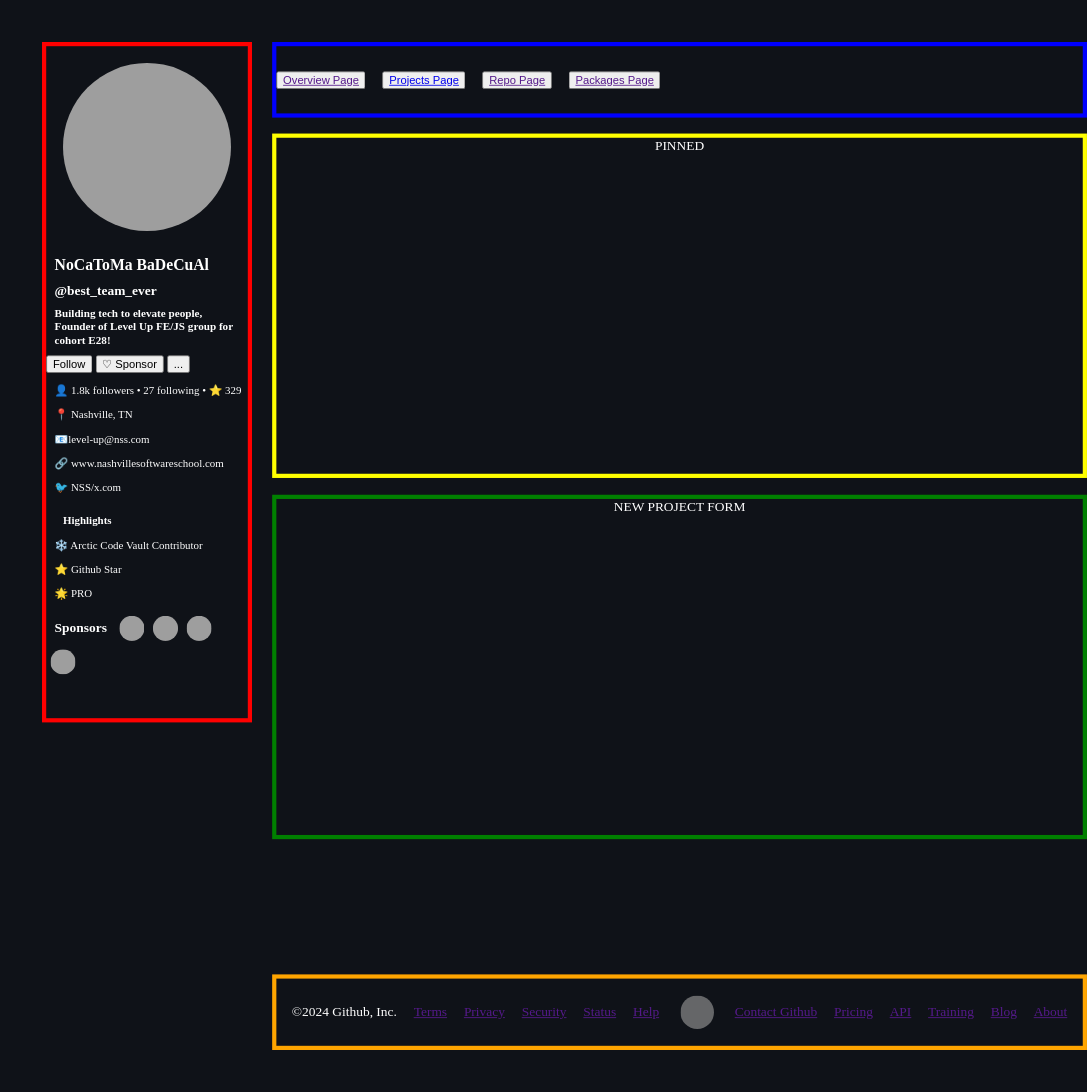
Repository: nss-evening-cohort-28/nss-evening-cohort-28-classroom-gitsub-Q1-project-gitsub
Page: index.html
An editor plug-in stored every save of this project. The page is shown before and after the next save, followed by the edit.
The browser window is 1280 px wide. The page is 1294 px wide, so the pictures cover 1294 px, including what lies to the right of the window. The pictures show the whole page, at 84% of full size.
Pictures or frames that could not be fetched are drawn as grey boxes.

Above is the page before, as saved 2024-08-10 10:59:13.
Console error: TypeError: Cannot read properties of null (reading 'addEventListener')

### index.html
<!DOCTYPE html>
<html lang="en">
<head>
    <meta charset="UTF-8">
    <meta name="viewport" content="width=device-width, initial-scale=1.0">
    <link rel="stylesheet" href="main.css">
    <title>Document</title>
</head>
<body>
    <div class="flexContainer">
        <div class="profile">
          <div class="top-section">
            <img src="https://media.tenor.com/GliBTZeL1kQAAAAM/%D0%BC%D0%BE%D0%B9-%D0%B4%D0%B5%D0%B4.gif" class="card-img-top" >
            <div class="profile-info">
            <h3>NoCaToMa BaDeCuAl</h3>
            <h4>@best_team_ever</h4>
            <h5>Building tech to elevate people, Founder of Level Up FE/JS group for cohort E28!</h5>
            </div>
            <div class="profile-section-buttons">
              <div class="d-grid gap-2 d-md-block">
                <button class="btn btn-primary" type="button">Follow</button>
                <button class="btn btn-primary" type="button">♡ Sponsor</button>
                <button class="btn btn-primary" type="button">...</button>
              </div>
            </div>
            <div class="profile-body">
              <p>👤 1.8k followers • 27 following • ⭐️ 329</p>
              <p>📍 Nashville, TN</p>
              <p>📧level-up@nss.com</p>
              <p>🔗 www.nashvillesoftwareschool.com</p>
              <p>🐦 NSS/x.com</p>
            </div>
          </div>
          <div class="middle-section">
            <h4>Highlights</h4>
            <p>❄️ Arctic Code Vault Contributor</p>
            <p>⭐️ Github Star</p>
            <p>🌟 PRO</p>
          </div>
          <div class="bottom-section">
            <h4>Sponsors</h4>
            <br>
            <img src="https://avatars.githubusercontent.com/u/31261276?s=100&v=4" class="sponsor-pic">
            <img src="https://avatars.githubusercontent.com/u/137121714?s=100&v=4" class="sponsor-pic">
            <img src="https://avatars.githubusercontent.com/u/173638175?s=100&v=4" class="sponsor-pic">
            <img src="https://avatars.githubusercontent.com/u/107224963?s=100&v=4" class="sponsor-pic">
          </div>
        </div>
        <div class="flexContainer">
            <div class="navBar">

              <div class="Overview-button">
                <button><a href="">
                  Overview Page
                </a></button>
              </div>

              <div class="project-button">
                <button><a href="projects.html">
                  Projects Page
                </a></button>
              </div>

              <div class="repo-button">
                <button><a href="">
                  Repo Page
                </a></button>
              </div>

              <div class="package-button">
                <button><a href="">
                  Packages Page
                </a></button>
              </div>
            </div>



            <div class="pinned">PINNED</div>
            <div class="newProject">NEW PROJECT FORM</div>
            <div class="footer">
              <div class="footer-links">
                <p>©2024 Github, Inc.</p>
                <a id="footer-tag" href="">Terms</a>
                <a id="footer-tag" href="">Privacy</a>
                <a id="footer-tag" href="">Security</a>
                <a id="footer-tag" href="">Status</a>
                <a id="footer-tag" href="">Help</a>
                <img src="https://cdn-icons-png.flaticon.com/256/889/889111.png" class="footer-pic">
                <a id="footer-tag" href="">Contact Github</a>
                <a id="footer-tag" href="">Pricing</a>
                <a id="footer-tag" href="">API</a>
                <a id="footer-tag" href="">Training</a>
                <a id="footer-tag" href="">Blog</a>
                <a id="footer-tag" href="">About</a>
              </div>
            </div>
        </div>
    </div>
    <script src="main.js"></script>
</body>
</html>

### main.css
body {
    background-color: #0F1218;
    text-align: center;
    margin: 50px;
    width: 1200px;
    color: white;
}

.flexContainer {
    display: flex;
    flex-wrap: wrap;
    flex-direction: column;
    max-width: 75rem;
    height: 75rem;
    gap: 2%;
}

.profile {
    border: 5px solid red;
    width: 15rem;
    height: 50rem;
    text-align: left;

}

.navBar {
    border: 5px solid blue;
    width: 60rem;
    height: 5rem;
}

.pinned {
    border: 5px solid yellow;
    width: 60rem;
    height: 25rem;
    margin-top: 2%;
}

.newProject {
    border: 5px solid green;
    width: 60rem;
    height: 25rem;
    margin-top: 2%;
}

.footer {
    border: 5px solid orange;
    width: 60rem;
    height: 5rem;
    margin-top: auto;
    align-self: flex-end;
}

#footerContainer {
    display: flex;
    align-self: flex-end;

}

/* Noah Styling: Profile Section Start*/
h3, h4, h5 {
    margin: 10px;
}

.top-section {
    display: flex;
    flex-wrap: wrap;
    justify-content: flex-start;
    margin: 0px;
}

.card-img-top {
    display: flex;
    flex-wrap: wrap;
    justify-content: space-around;
    border-radius: 50%;
    height: 200px;
    width: 200px;
    margin: 20px;
  }

  .bottom-section {
    display: flex;
    flex-wrap: wrap;
    align-content: end;

  }
  .sponsor-pic {
    border-radius: 50%;
    height: 30px;
    width: 30px;
    margin: 5px;
  }

  .profile-body {
    font-size: small;
    margin: 0px 0px 0px 10px;
    padding: 0px;
  }

  .middle-section {
    font-size: small;
    margin-left: 10px;
  }
/* Noah Styling: Profile Section End */

/* Noah Styling: Footer Section Start */

.footer {
    display: flex;
    flex-wrap: wrap;
    flex-direction: row;
    justify-content: space-evenly;
}

.footer-pic {
    display: flex;
    flex-wrap: wrap;
    flex-direction: row;
    justify-content: space-evenly;
    opacity: 60%;
    border-radius: 50%;
    height: 40px;
    width: 40px;
    margin: 5px;
  }
  .footer-links {
    display: flex;
    flex-wrap: wrap;
    flex-direction: row;
    align-items: center;
    justify-content: space-between;
    gap: 20px;

  }


/* Noah Styling: Footer Section Start */

/* Noah Styling: Navbar Section Start */

.navBar {
  display: flex;
  flex-wrap: wrap;
  flex-direction: row;
  justify-content: flex-start;
  align-content: center;
  gap: 20px;
}





/* Noah Styling: Navbar Section End */

### main.js
const projects = [
  {
  id: 1,
  title: "dummyTitle",
  description: "Great dummy project. Real good. good stuff here",
  updatedTimeSig: "Updated 1,200 years ago",
  vis: true,
  },
  {
    id: 2,
    title: "dummy2",
    description: "This is a description",
    updatedTimeSig: "Updated 1 second ago",
    vis: true,
  },
]

// projectCount to show how many projects "open" in header
const projectCount = projects.length;

let domString = "";

// Renders the project cards onto the dom from the projects array
const projectsOnDom = () => {
  domString = `
    <div id="projectCards" class="card">
      <div class="card-header">
        ${projectCount} Open
      </div>
      <ul class="list-group list-group-flush">
  `;
  for (project of projects) {
    domString += `
        <li class="list-group-item">
          <div id="titleEl">
            ${project.title}
          </div>
          <div id="visEl">
            ${project.vis ? "Public" : "Private"}
          </div>
          <div id="timeSigEl">
          ${project.updatedTimeSig}
          </div>
          <div id="descEl">
            ${project.description}
          </div>
        </li>
    `
  }
  domString += `
        </ul>
    </div>
  `
  renderToDom("#projects", domString);
}



// Renders arguments to the dom. divID is the target div you want to inject the html. "html" would be your "domString"
const renderToDom = (divID, html) => {
  const targetDiv = document.querySelector(divID);
  targetDiv.innerHTML = html;
}


// Create, the "C" in CRUD
form = document.querySelector("#projectForm")

const createProject = (e) => {
e.preventDefault(); // stops page from refreshing
  const newProjectObject = {
      id: projects.length + 1,
      title: document.querySelector("#projectNameInput").value,
      description: document.querySelector("#descInput").value,
      updatedTimeSig: "Updated 1 minute ago",
      vis: "Public",
      };

  projects.push(newProjectObject);
  projectsOnDom();
  form.reset();
}

form = document.querySelector("#projectForm");
form.addEventListener("submit", createProject);

projectsOnDom();



const repos = [
{
id:1,
title:"dummyRepo1",
description:"red",
codingLang:"javaScript",
tags:"yellow",
updatedTimeSin:"",
issues:"broken",
vis:true,
forks:4,
stars:5,
},

{
id:2,
title:"dummyRepo2",
description:"green",
codingLang:"CSS",
tags:"round",
undatedTimeSin:"",
issues:"bugs",
vis:false,
forks:10,
stars:2,
},

{
id:3,
title:"dummyRepo3",
description:"brown",
codingLang:"html",
tags:"square",
updatedTimeSin:"",
issues:"merging",
vis:true,
forks:3,
stars:1,
},

{
  id:4,
  title:"dummyRepo4",
  description:"orange",
  codingLang:"python",
  tags:"oval",
  updatedTimeSin:"",
  issues:"merging",
  vis:true,
  forks:3,
  stars:1,
},

{
  id:5,
  title:"dummyRepo5",
  description:"brown",
  codingLang:"cSharp",
  tags:"square",
  updatedTimeSin:"",
  issues:"merging",
  vis:false,
  forks:3,
  stars:1,
},

{
  id:6,
  title:"dummyRepo6",
  description:"pink",
  codingLang:"react",
  tags:"octogon",
  updatedTimeSin:"",
  issues:"merging",
  vis:true,
  forks:3,
  stars:1,
},
]


const packages = [
{
id:1,
title:"devPort",
description:"",
},

{
id:2,
title:"viewPort",
description:"",
},

{
id:3,
 title:"packPage",
  description:"",
},

 {
 id:4,
 title:"poundGround",
  description:"",
  },

  {
  id:5,
  title:"elbowSwift",
  description:"",
  },

  {
  id:6,
 title:"patrolingPaw",
  description:"",
  },

]



// Injecting the profile into the dom
const profileDom = document.querySelector(".profile")
profileDom.innerHTML = `
          <div class="top-section">
            <img src="https://media.tenor.com/GliBTZeL1kQAAAAM/%D0%BC%D0%BE%D0%B9-%D0%B4%D0%B5%D0%B4.gif" class="card-img-top" >
            <div class="profile-info">
            <h3>NoCaToMa BaDeCuAl</h3>
            <h4>@best_team_ever</h4>
            <h5>Building tech to elevate people, Founder of Level Up FE/JS group for cohort E28!</h5>
            </div>
            <div class="profile-section-buttons">
              <div class="d-grid gap-2 d-md-block">
                <button class="btn btn-primary" type="button">Follow</button>
                <button class="btn btn-primary" type="button">♡ Sponsor</button>
                <button class="btn btn-primary" type="button">...</button>
              </div>
            </div>
            <div class="profile-body">
              <p>👤 1.8k followers • 27 following • ⭐️ 329</p>
              <p>📍 Nashville, TN</p>
              <p>📧level-up@nss.com</p>
              <p>🔗 www.nashvillesoftwareschool.com</p>
              <p>🐦 NSS/x.com</p>
            </div>
          </div>
          <div class="middle-section">
            <h4>Highlights</h4>
            <p>❄️ Arctic Code Vault Contributor</p>
            <p>⭐️ Github Star</p>
            <p>🌟 PRO</p>
          </div>
          <div class="bottom-section">
            <h4>Sponsors</h4>
            <br>
            <img src="https://avatars.githubusercontent.com/u/31261276?s=100&v=4" class="sponsor-pic">
            <img src="https://avatars.githubusercontent.com/u/137121714?s=100&v=4" class="sponsor-pic">
            <img src="https://avatars.githubusercontent.com/u/173638175?s=100&v=4" class="sponsor-pic">
            <img src="https://avatars.githubusercontent.com/u/107224963?s=100&v=4" class="sponsor-pic">
          </div>
`;

// Injecting footer into DOM
const footerDom = document.querySelector(".footer");
footerDom.innerHTML = `
              <div class="footer-links">
                <p>©2024 Github, Inc.</p>
                <a id="footer-tag" href="">Terms</a>
                <a id="footer-tag" href="">Privacy</a>
                <a id="footer-tag" href="">Security</a>
                <a id="footer-tag" href="">Status</a>
                <a id="footer-tag" href="">Help</a>
                <img src="https://cdn-icons-png.flaticon.com/256/889/889111.png" class="footer-pic">
                <a id="footer-tag" href="">Contact Github</a>
                <a id="footer-tag" href="">Pricing</a>
                <a id="footer-tag" href="">API</a>
                <a id="footer-tag" href="">Training</a>
                <a id="footer-tag" href="">Blog</a>
                <a id="footer-tag" href="">About</a>
              </div>
`

After the next save:
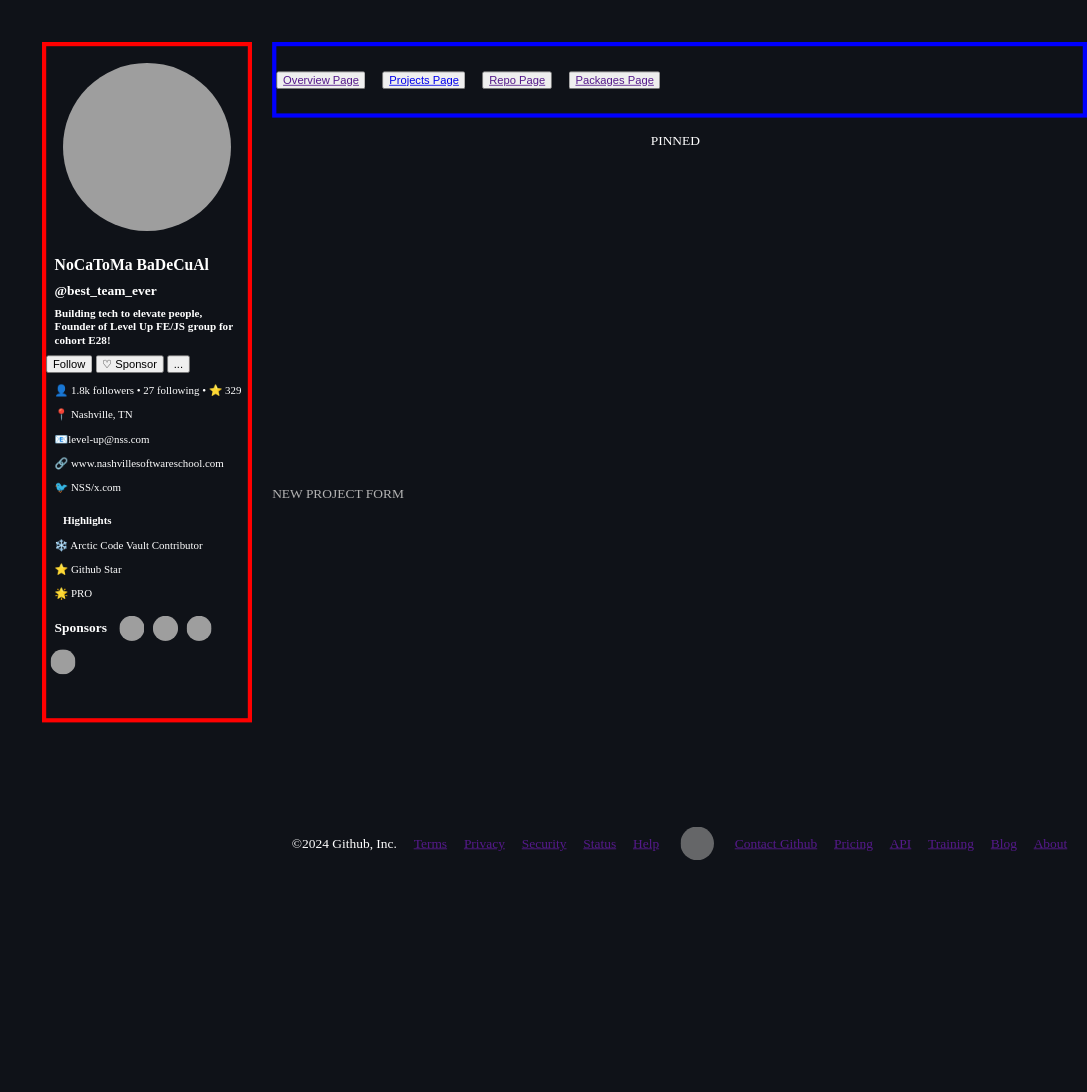
Saved 62 s later.
--- a/main.css
+++ b/main.css
@@ -30,31 +30,61 @@
 }
 
 .pinned {
-    border: 5px solid yellow;
+    border: none;
     width: 60rem;
     height: 25rem;
     margin-top: 2%;
 }
 
 .newProject {
-    border: 5px solid green;
     width: 60rem;
     height: 25rem;
     margin-top: 2%;
-}
-
-.footer {
-    border: 5px solid orange;
-    width: 60rem;
-    height: 5rem;
-    margin-top: auto;
-    align-self: flex-end;
+    text-align: start;
+    color: #B3B3B3;
 }
 
 #footerContainer {
     display: flex;
     align-self: flex-end;
 
+}
+
+/* Casey styling: Projects section */
+
+#projectCards {
+    border: 1px solid #24292d;
+}
+
+.card-header {
+    background-color: #2b3137;
+    color: #B3B3B3;
+    text-align: start;
+}
+
+.list-group-item {
+    display: flex;
+    justify-content: space-between;
+    background-color: #0F1218;
+    color: #B3B3B3;
+    border: 1px solid #24292d;
+}
+
+
+
+.form-control {
+    background-color: #0F1218;
+    border: 1px solid #24292d;
+    color: white;
+}
+
+.form-control:focus {
+    background-color: #0F1218;
+    color: white;
+}
+
+.createBtn {
+    background-color: #238536;
 }
 
 /* Noah Styling: Profile Section Start*/
